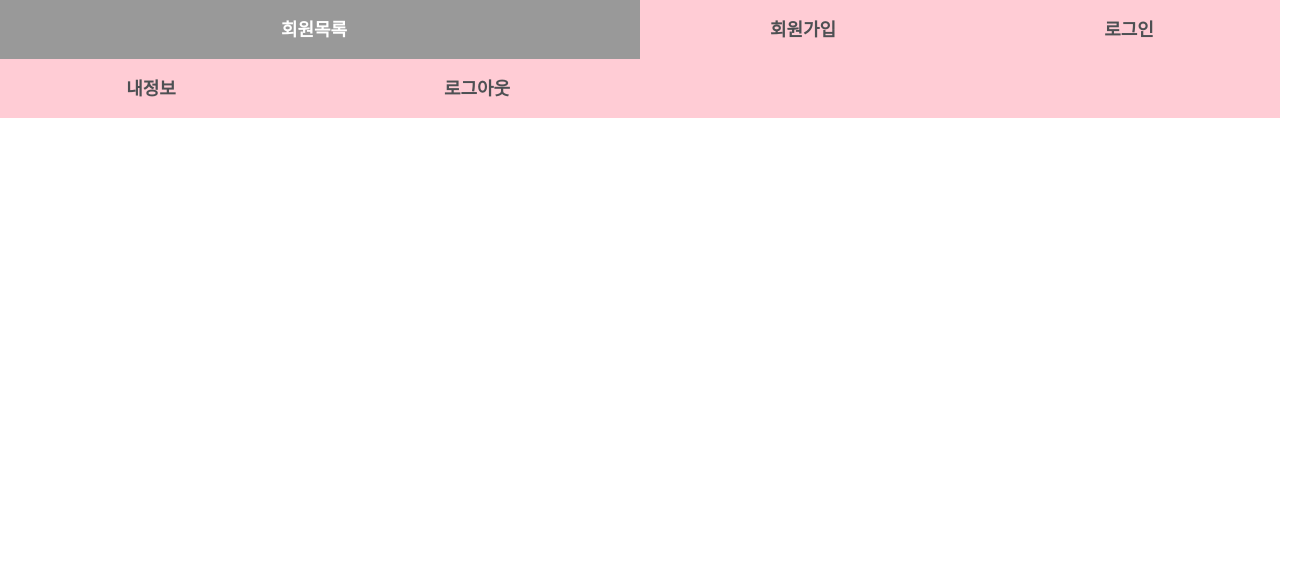
Repository: pyeonm30/PYMjspWorkspace
Page: http://localhost/MemberMVC1/04_memberInsert.jsp
An editor plug-in stored every save of this project. The page is shown before and after the next save, followed by the edit.
The browser window is 1280 px wide. The page is 1292 px wide, so the pictures cover 1292 px, including what lies to the right of the window. The pictures show the whole page.
The page is served by Tomcat 10.

Above is the page before, as saved 2024-02-02 08:50:14.

After the next save:
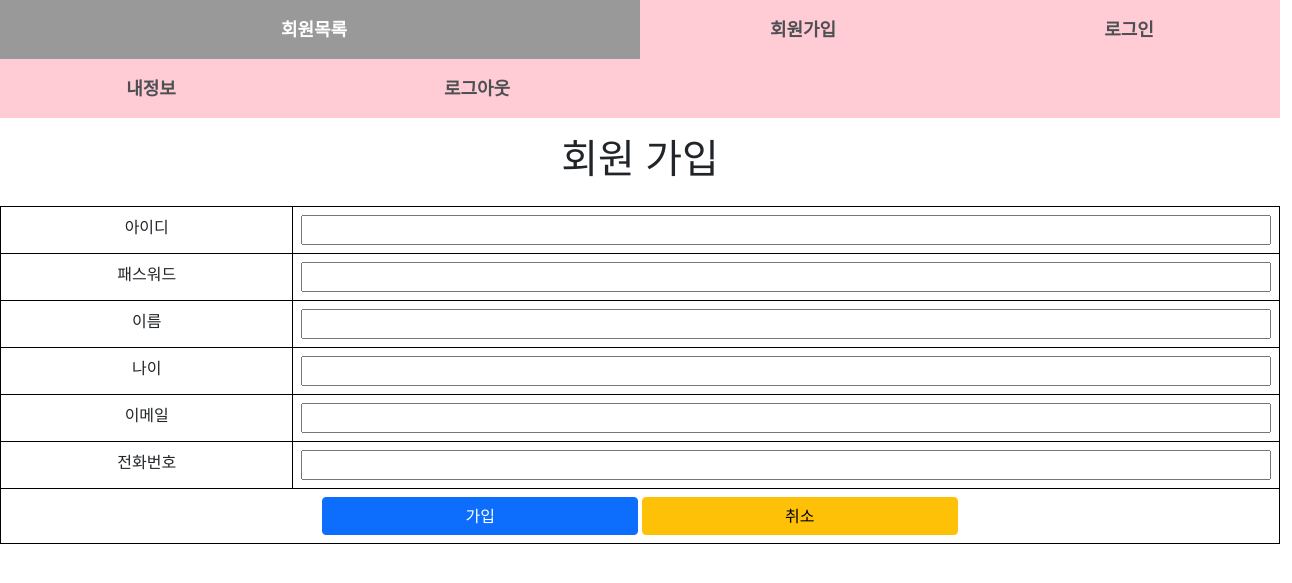
Saved 10 s later.
--- a/MemberMVC1/src/main/webapp/04_memberInsert.jsp
+++ b/MemberMVC1/src/main/webapp/04_memberInsert.jsp
@@ -1,6 +1,41 @@
 <%@ page language="java" contentType="text/html; charset=UTF-8"
     pageEncoding="UTF-8"%>
 <%@ include file= "header.jsp" %>
+<h1 class="py-3"> 회원 가입</h1>
+<form action="04_memberInsertPro.jsp" method="post">
+<table class="table table-bordered">
+  <tr>
+    <td>아이디</td>
+    <td><input class="col-12" type="text" name="id"/></td>
+  </tr>
+  <tr>
+    <td>패스워드</td>
+    <td><input class="col-12" type="password" name="pass"/></td>
+  </tr>
+  <tr>
+    <td>이름</td>
+    <td><input class="col-12" type="text" name="name"/></td>
+  </tr>
+  <tr>
+    <td>나이</td>
+    <td><input class="col-12" type="text" name="age"/></td>
+  </tr>
+  <tr>
+    <td>이메일</td>
+    <td><input class="col-12" type="text" name="email"/></td>
+  </tr>
+  <tr>
+    <td>전화번호</td>
+    <td><input class="col-12" type="text" name="phone"/></td>
+  </tr>
+  <tr>
+    <td colspan="2" align="center">
+      <input type="submit" value="가입" class="col-3 btn btn-primary"/>
+      <input type="reset" value="취소" class="col-3 btn btn-warning"/>
+    </td>
+  </tr>
+</table>
+</form>
 
 </body>
 </html>
